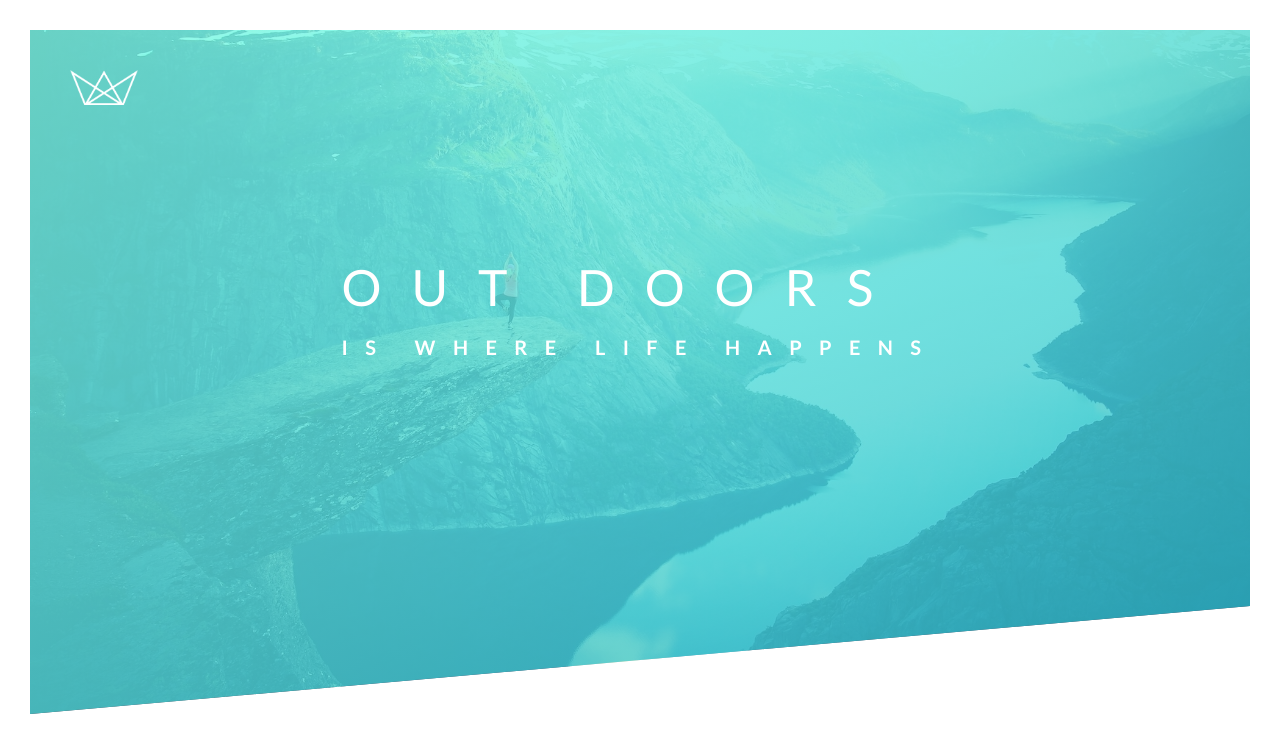
Repository: haokiet2501/natours-page
Page: index.html
These files come from the project's save history. The page is drawn as it stood at one moment and after the next save; the edit follows.
The browser window is 1280 px wide. The pictures show the whole page.

Above is the page before, as saved 2022-07-31 17:13:30.

After the next save:
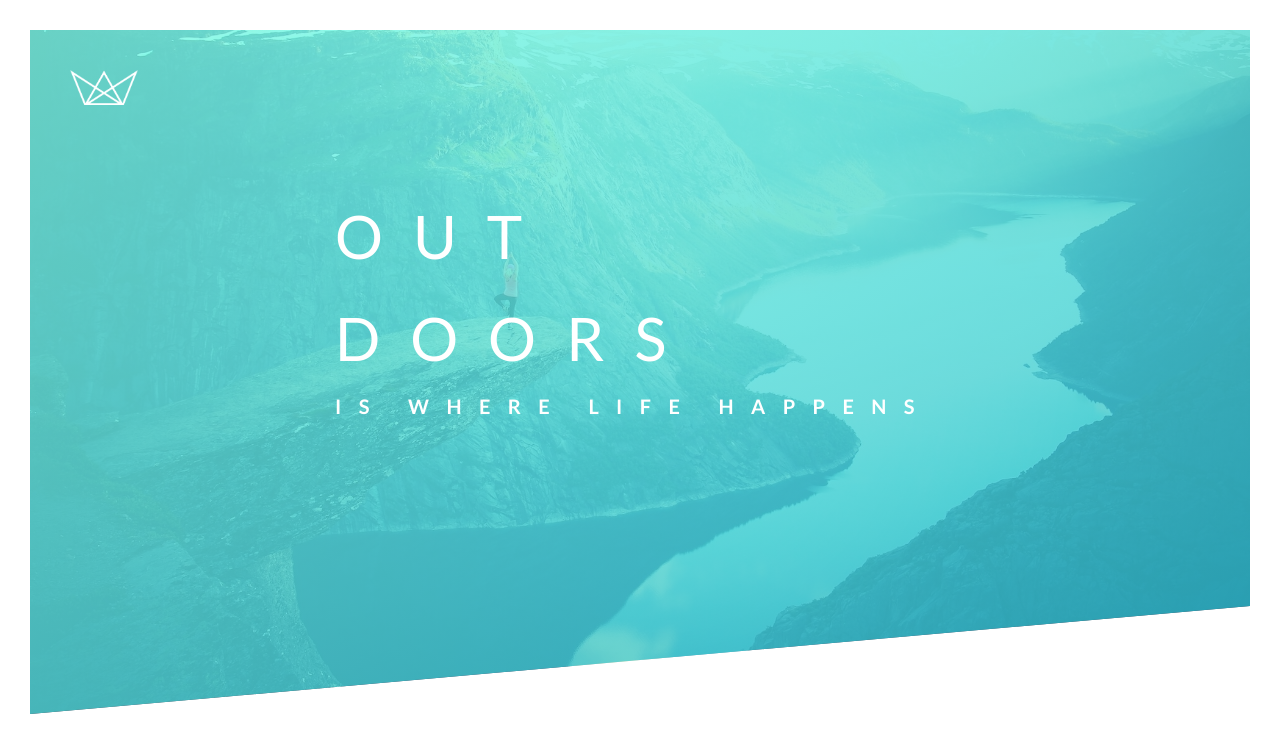
Saved 31 s later.
--- a/styles.css
+++ b/styles.css
@@ -62,7 +62,7 @@ html {
 
 .heading-subtitle {
     display: block;
-    font-size: 50px;
+    font-size: 60px;
     font-weight: 400;
     letter-spacing: 30px;
 }
